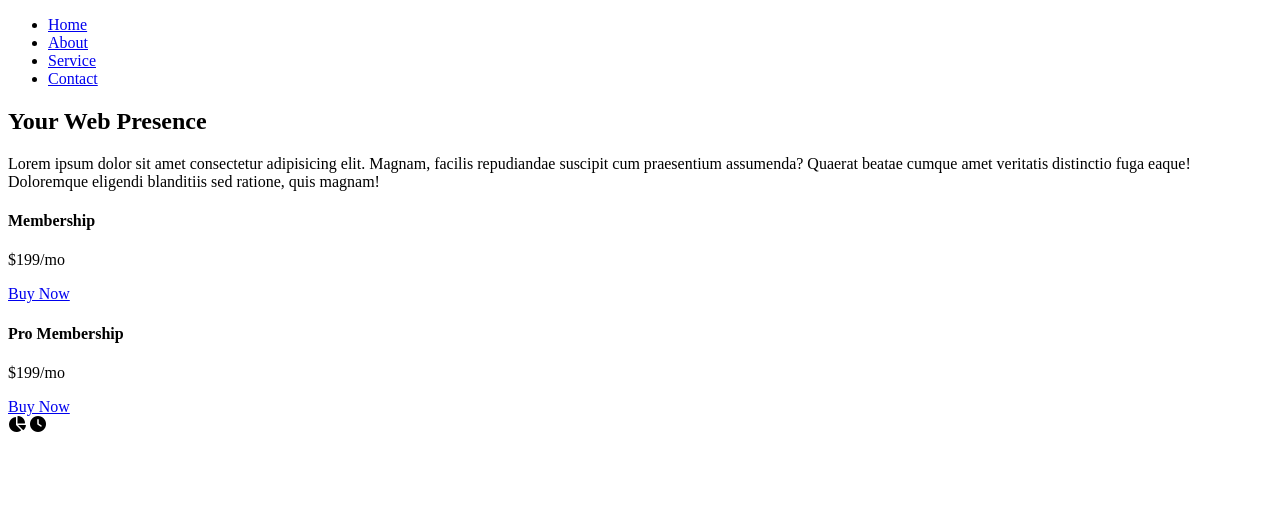
Repository: 1813404040072/grid-demo
Page: index.html
The author's editor kept a copy of each file at every save. The page is drawn from the files as they stood at one save, then again after a run of saves.
The browser window is 1280 px wide. The pictures show the whole page.
Some web libraries are served in a nearby version.

Above is the page before, as saved 2019-12-24 22:59:27.

### index.html
<!DOCTYPE html>
<html lang="en">
<head>
    <meta charset="UTF-8">
    <meta name="viewport" content="width=device-width, initial-scale=1.0">
    <meta http-equiv="X-UA-Compatible" content="ie=edge">
    <title>GridBiz</title>
    <script src="https://kit.fontawesome.com/a076d05399.js"></script>
    <link rel="stylesheet" href="style.css"/>
</head>
<body>
    <div class="wrapper">
        <!-- Navigation -->
        <nav class="main-nav">
            <ul>
                <li><a href="#">Home</a></li>
                <li><a href="#">About</a></li>
                <li><a href="#">Service</a></li>
                <li><a href="#">Contact</a></li>
            </ul>
        </nav>
        <!-- Top container -->
        <section class="top-container">
            <header class="showcase">
                <h1>Your Web Presence</h1>
                <p>Lorem ipsum dolor sit amet consectetur adipisicing elit. Magnam, facilis repudiandae suscipit cum praesentium assumenda? Quaerat beatae cumque amet veritatis distinctio fuga eaque! Doloremque eligendi blanditiis sed ratione, quis magnam!</p>
                <a href="#" class="btn"></a>
            </header>
            <div class="top-box top-box-a">
                <h4>Membership</h4>
                <p class="price">$199/mo</p>
                <a href="#"class="btn">Buy Now</a>
            </div>
            <div class="top-box top-box-a">
                <h4>Pro Membership</h4>
                <p class="price">$199/mo</p>
                <a href="#"class="btn">Buy Now</a>
            </div>
        </section>

        <!-- Boxes Section -->
        <section class="boxes">
            <div class="box">
                <i class="fas fa-chart-pie"></i>
                <i class="fas fa-clock"></i>
            </div>
        </section>
    </div>
    <!-- wrapper Ends -->

</body>
</html>

Loaded but not shown: style.css (no copy from this time; the picture is the same without it)

After the next 3 saves:
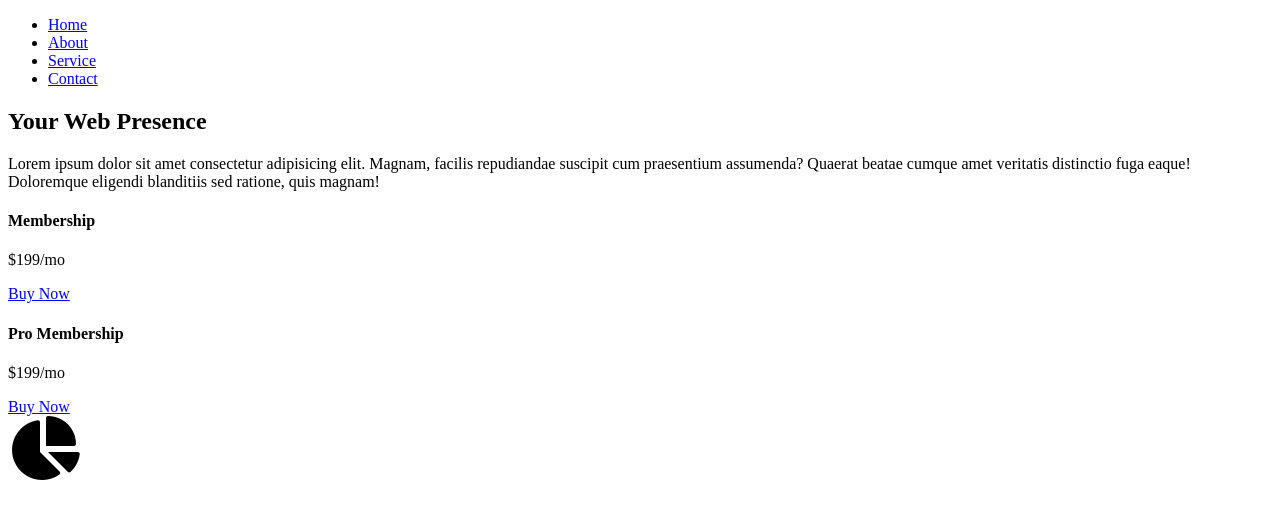
The 3 saves are shown as one change because they came seconds apart.
The last was saved 23 s later.
--- a/index.html
+++ b/index.html
@@ -41,8 +41,7 @@
         <!-- Boxes Section -->
         <section class="boxes">
             <div class="box">
-                <i class="fas fa-chart-pie"></i>
-                <i class="fas fa-clock"></i>
+                <i class="fas fa-chart-pie fa-4x"></i>
             </div>
         </section>
     </div>
